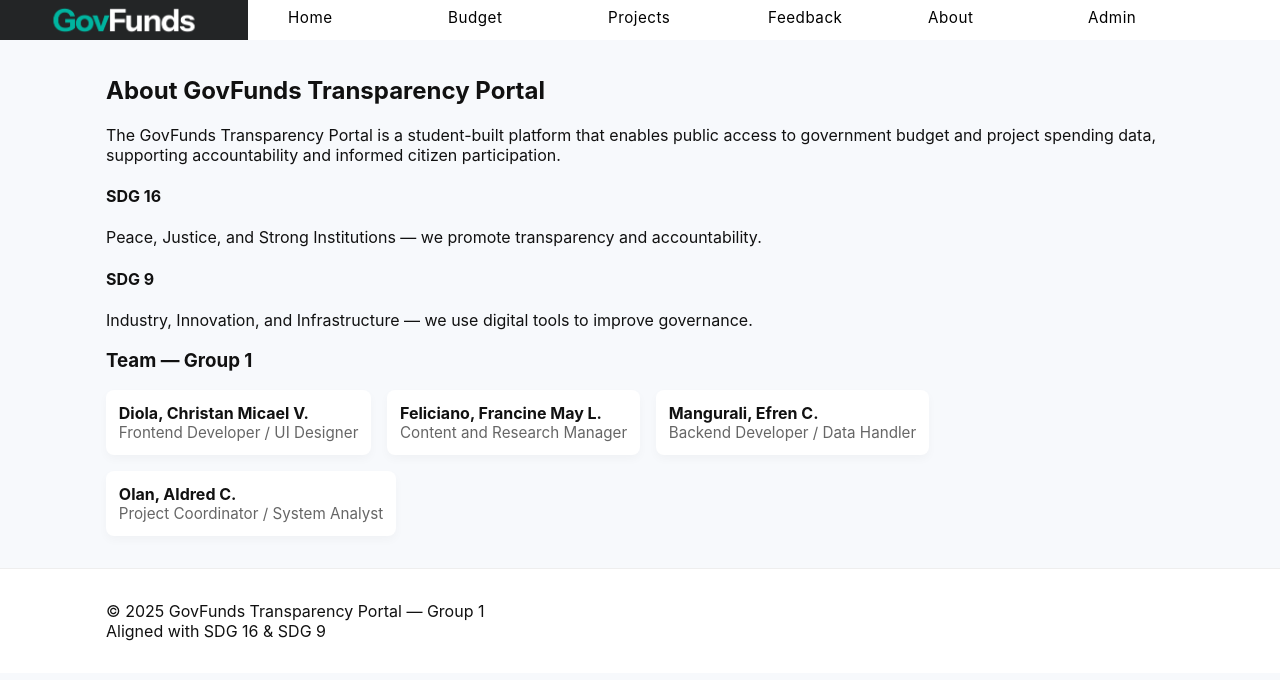
Repository: efren319/GovFunds
Page: http://localhost/about
These files come from the project's save history. The page is drawn as it stood at one moment and after the next save; the edit follows.
The browser window is 1280 px wide. The pictures show the whole page.
The page is served by the project's application, run on Flask 3 (app.py).

Above is the page before, as saved 2025-11-10 21:44:37.

After the next save:
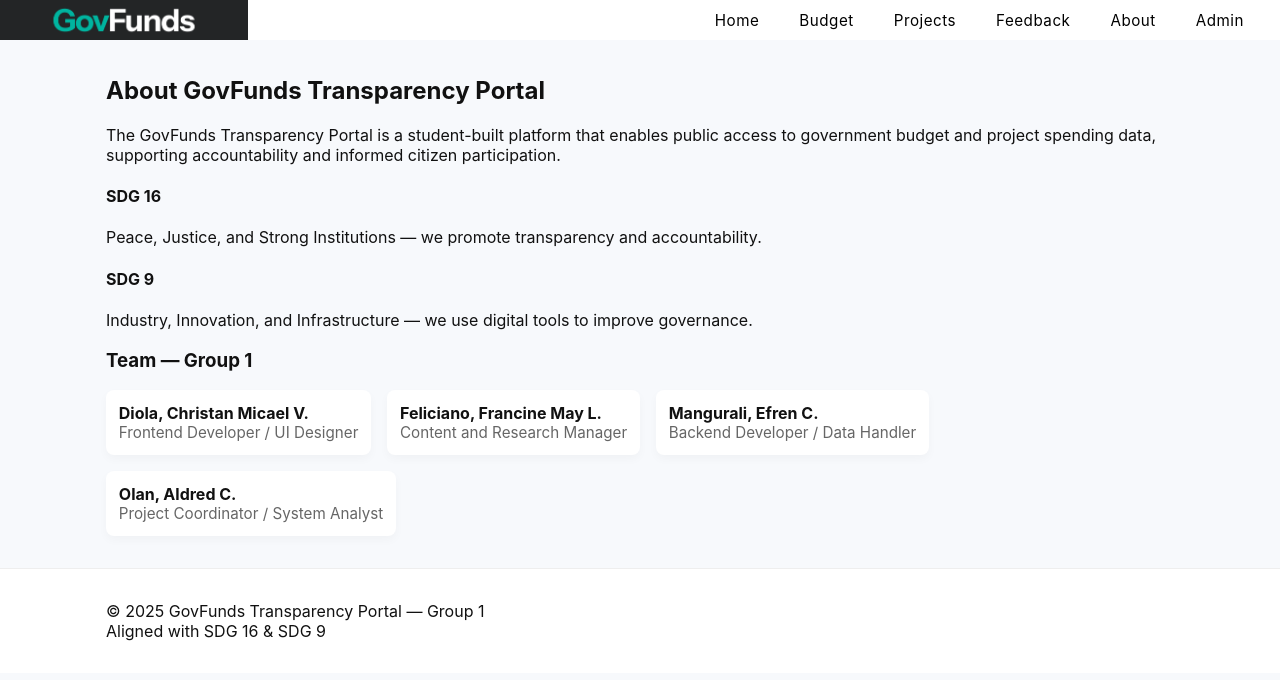
Saved 10 s later.
--- a/static/style.css
+++ b/static/style.css
@@ -71,11 +71,10 @@ body {
 
 .nav-inner {
   display: flex;
-  width: 1000px;
-  height: 35px;
-  justify-content: center;
-  align-items: center;
-  flex-shrink: 0;
+  justify-content: flex-end;
+  align-items: stretch;
+  flex: 1;
+  padding: 0 36px;
 }
 
 nav {
@@ -94,7 +93,6 @@ nav a {
   display: flex;
   align-items: center;
   height: 100%;
-  width: 120px;
 }
 
 nav a.admin-link {
